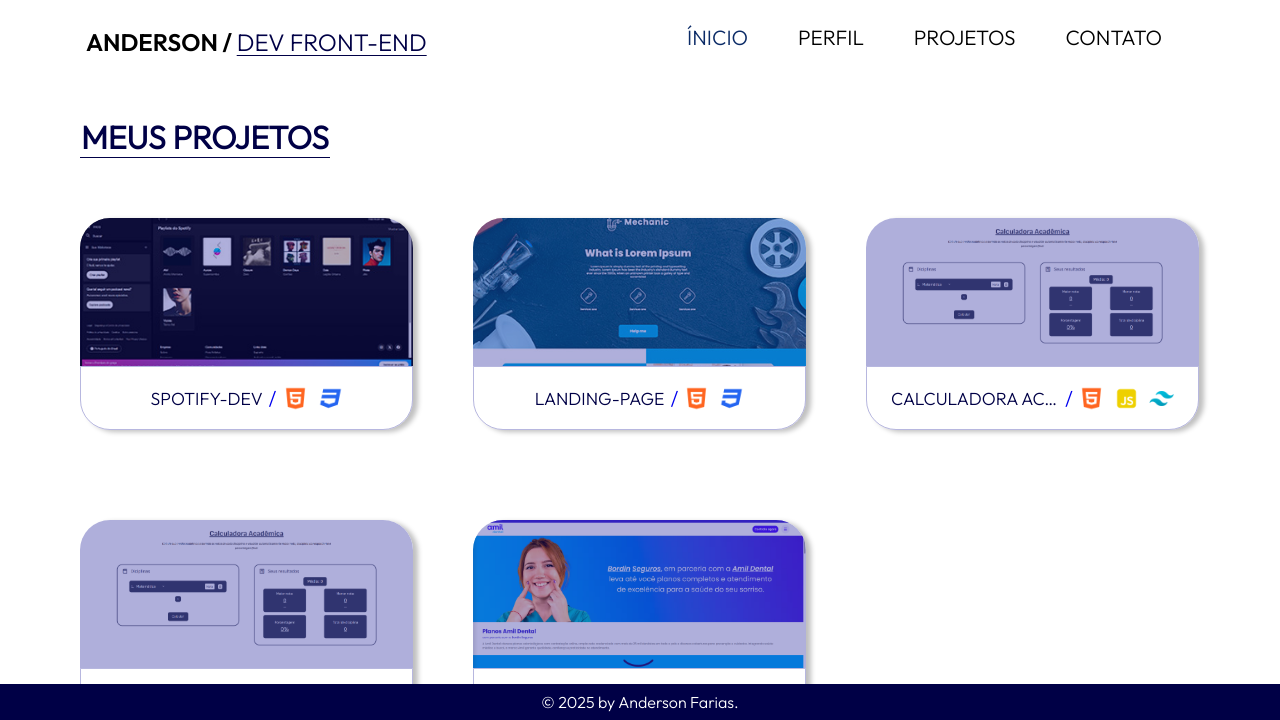
Repository: AndersonGSFarias/Portfolio
Page: html/projects.html
An editor plug-in stored every save of this project. The page is shown before and after the next save, followed by the edit.
The browser window is 1280 px wide. The pictures show the whole page.
An inner scrolling area shows only its first screen.

Above is the page before, as saved 2025-09-16 21:23:46.

After the next save:
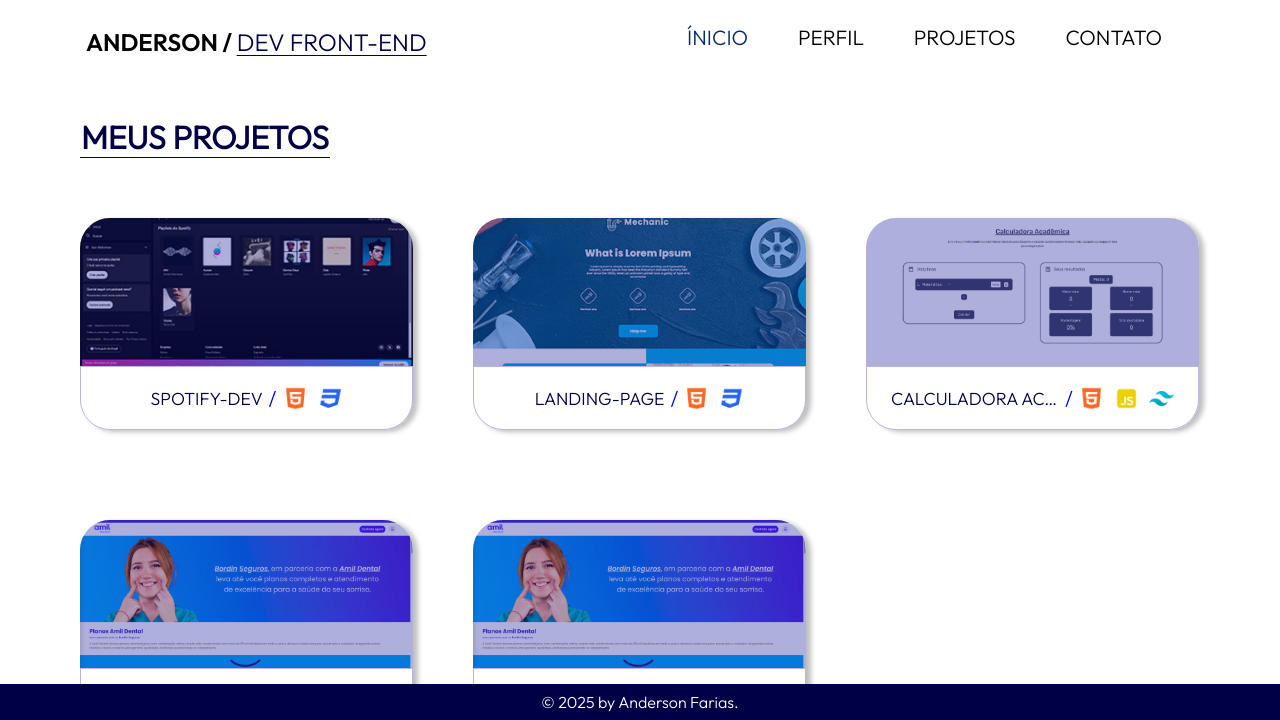
Saved 4 s later.
--- a/html/projects.html
+++ b/html/projects.html
@@ -108,7 +108,7 @@
             <a class="galery" rel="noopener noreferrer" target="_blank" href="https://amil-dental-bordin.vercel.app/">
               <article class="project-box">
                 <div class="project-top">
-                  <img src="../img/projects/gpa-calculator.png" alt="Calculadora de Média Academica" />
+                  <img src="../img/projects/amil-dental-bordin-project.png" alt="Calculadora de Média Academica" />
                   <div class="overlay"></div>
                 </div>
                 <div class="project-bottom">
